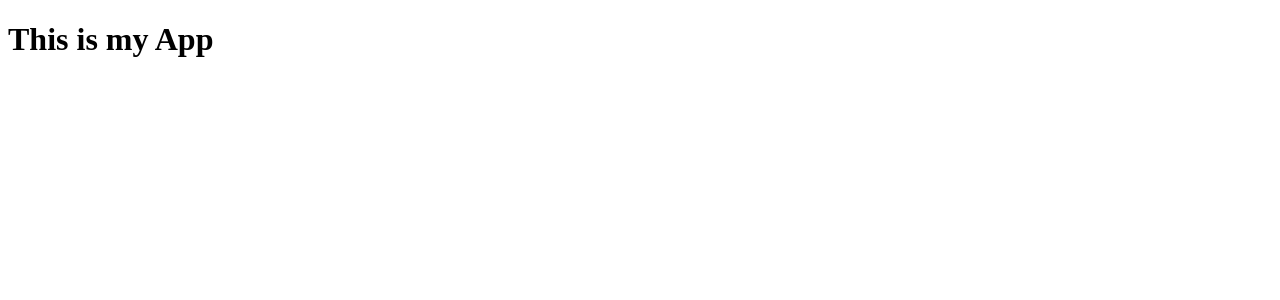
Repository: Diar001/myappsample
Page: index.html
The author's editor kept a copy of each file at every save. The page is drawn from the files as they stood at one save, then again after the next save.
The browser window is 1280 px wide. The pictures show the whole page.

Above is the page before, as saved 2020-11-08 17:15:03.

After the next save:
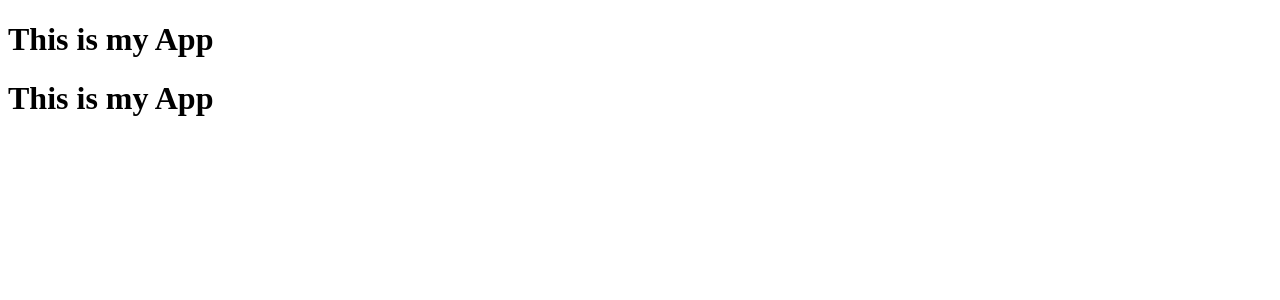
Saved 10 s later.
--- a/index.html
+++ b/index.html
@@ -9,5 +9,6 @@
 </head>
 <body>
     <h1>This is my App</h1>
+    <h1>This is my App</h1>
 </body>
 </html>
